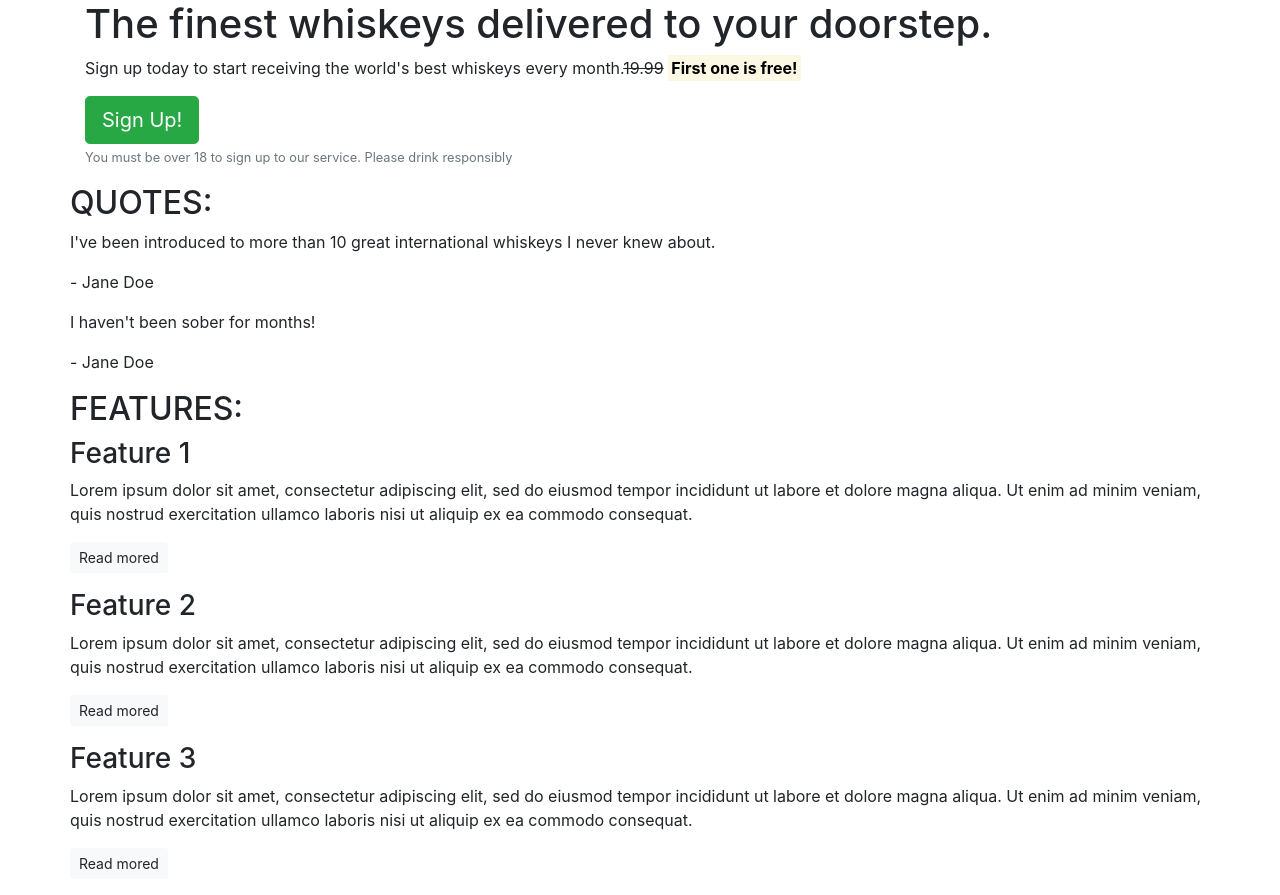
Repository: manub7/bootstrap4-mobile-first
Page: index.html
The author's editor kept a record of every edit. The page is drawn from the files as they stood at one moment, then again after the next edit.
The browser window is 1280 px wide. The pictures show the whole page.

Above is the page before.

After the next edit:
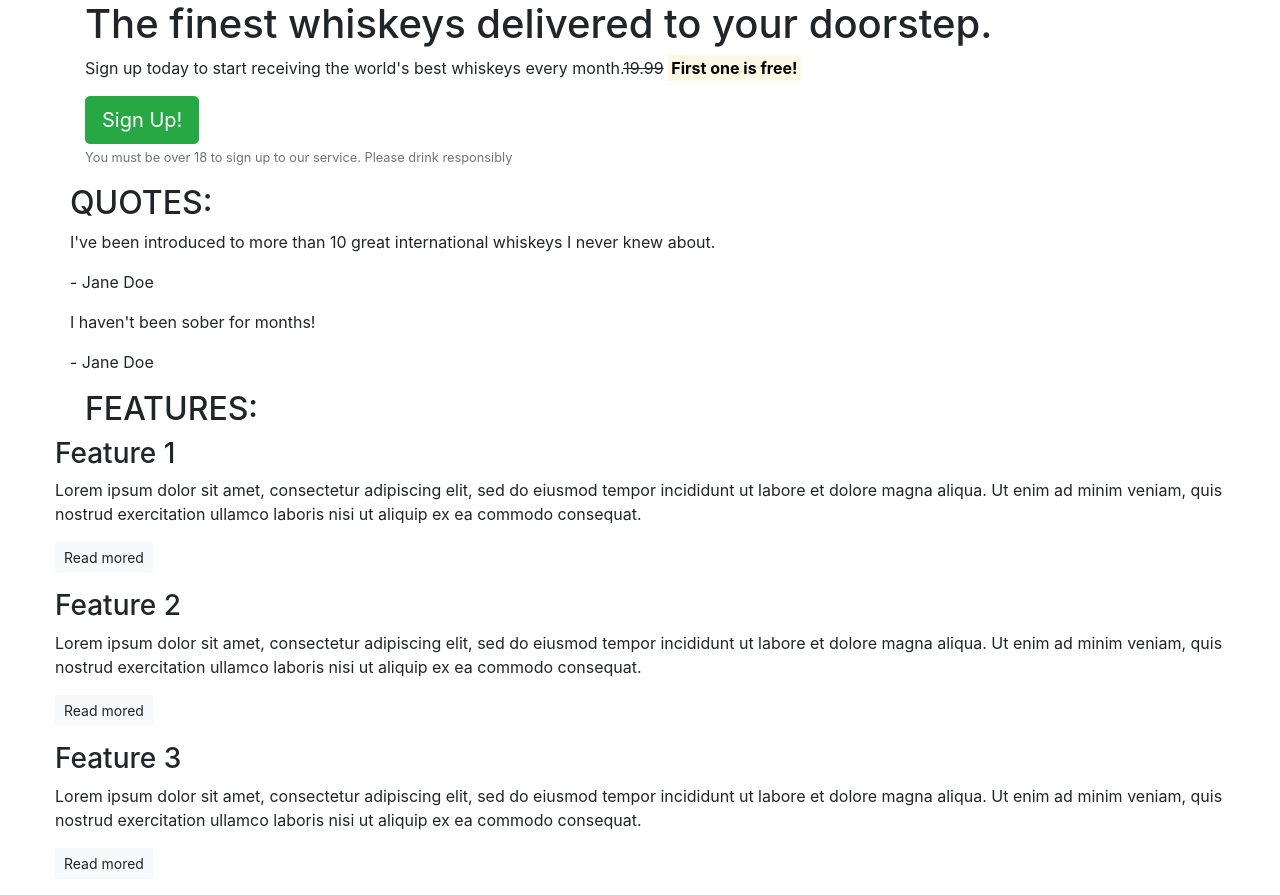
The edit:
--- a/index.html
+++ b/index.html
@@ -50,7 +50,9 @@
             <!-- Features -->
             <section class="features">
                 <div class="row">
-                    <div class="col-12">
+                    <div class ="col-12 col-md-6">
+
+                        <div class="col-12">
                         <h2 class="text-uppercase">Features:</h2>
                     </div>
                 </div>
